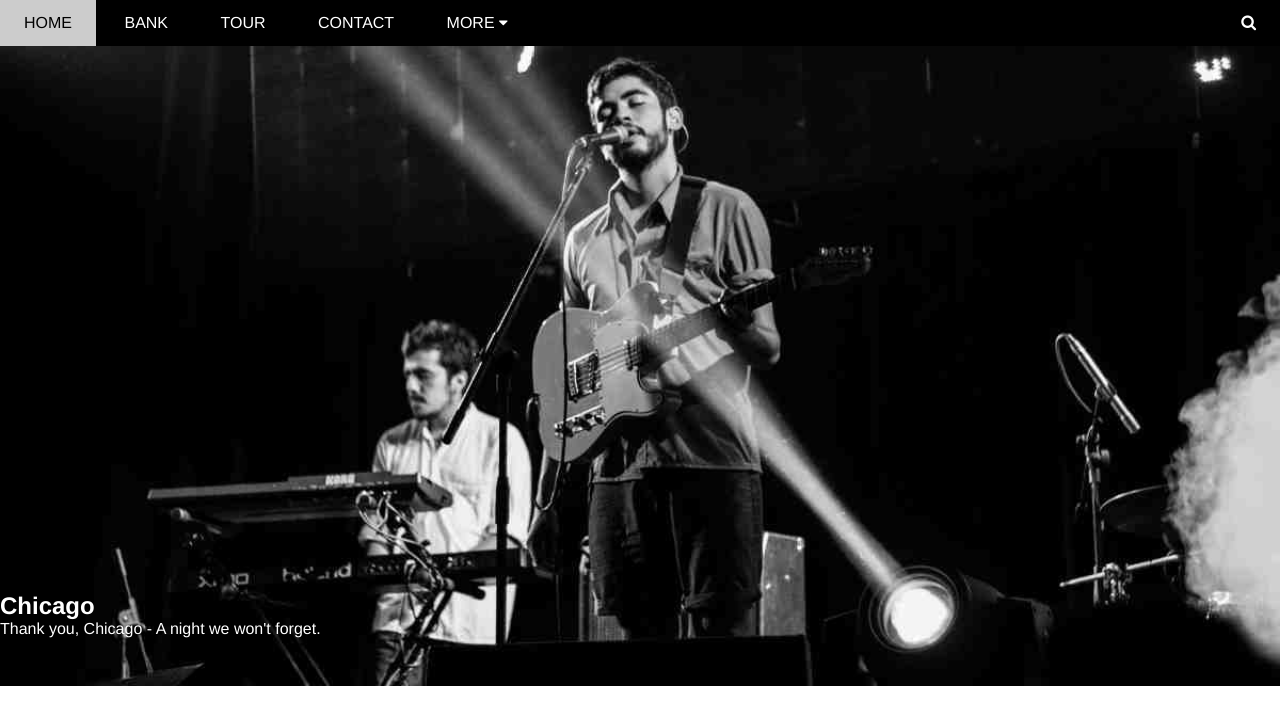
Repository: vuongtm1999/TheBand_W3School
Page: index.html
An editor plug-in stored every save of this project. The page is shown before and after the next save, followed by the edit.
The browser window is 1280 px wide. The pictures show the whole page.

Above is the page before, as saved 2022-08-25 10:50:44.

After the next save:
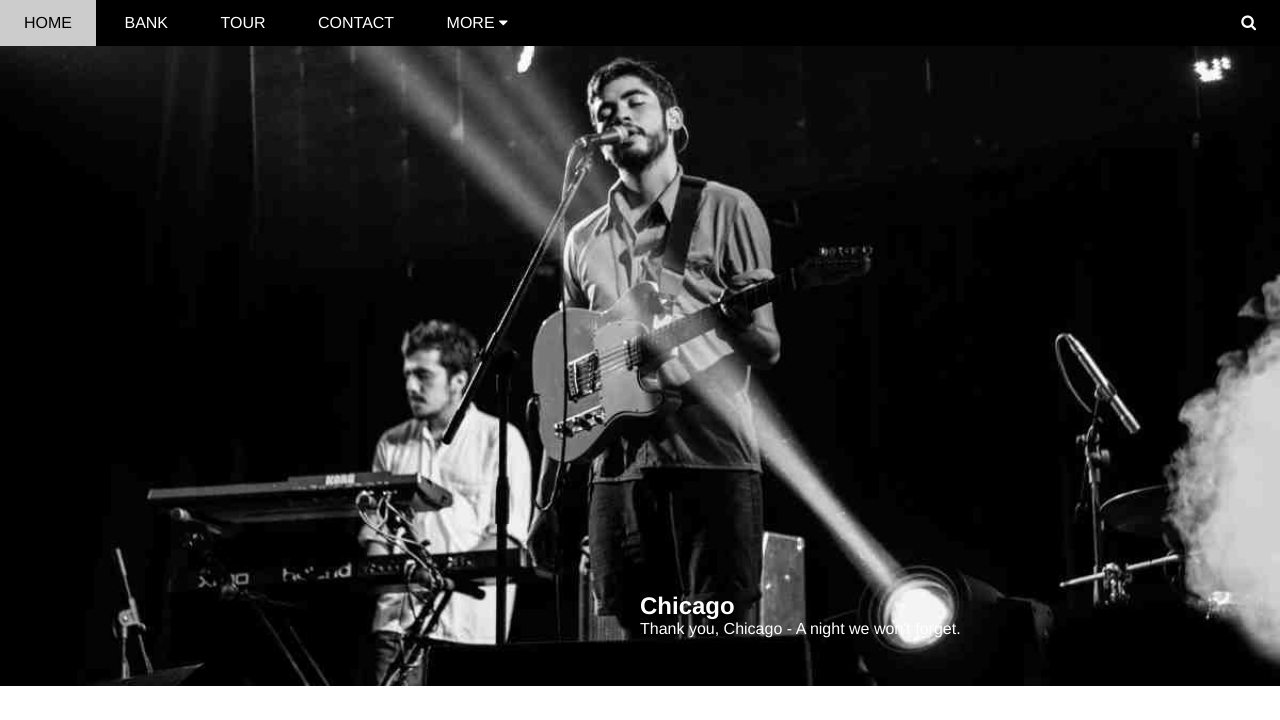
Saved 51 s later.
--- a/assets/css/style.css
+++ b/assets/css/style.css
@@ -121,6 +121,7 @@
     position: absolute;
     color: white;
     bottom: 48px;
+    left: 50%;
 }
 
 

After the save that followed:
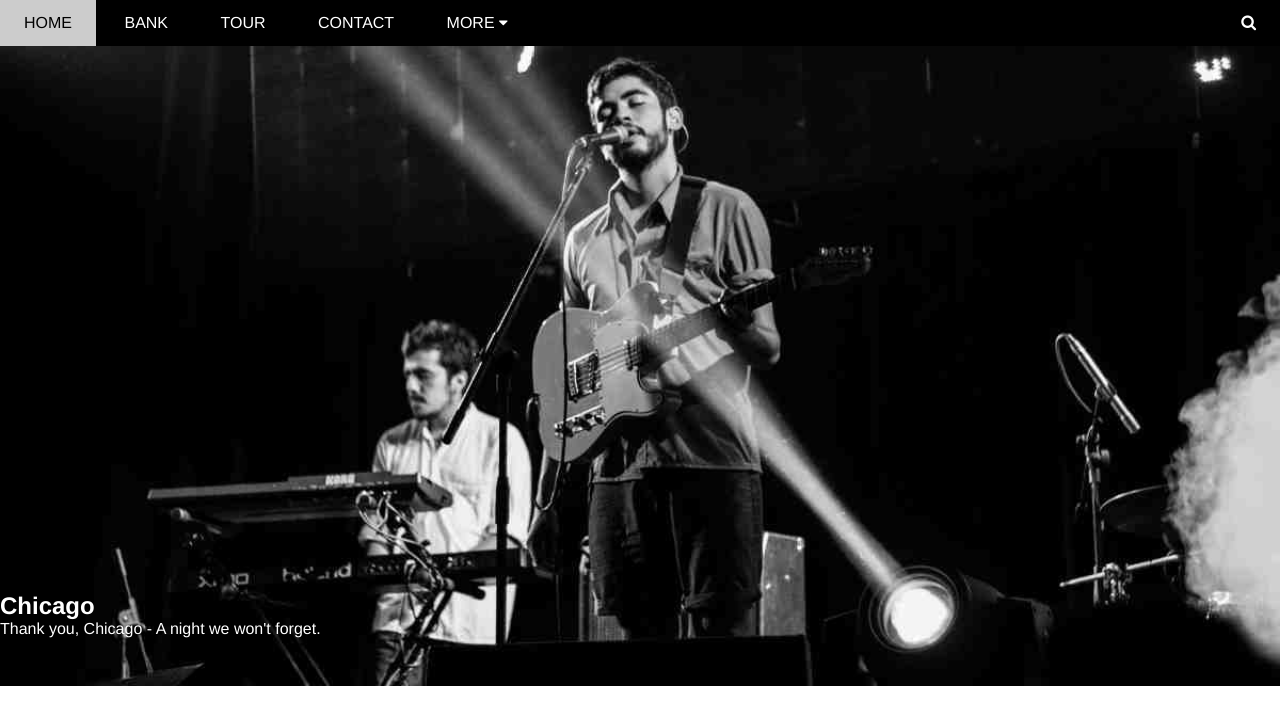
Saved 4 min 7 s later.
--- a/assets/css/style.css
+++ b/assets/css/style.css
@@ -121,7 +121,7 @@
     position: absolute;
     color: white;
     bottom: 48px;
-    left: 50%;
+    /* left: 50%; */
 }
 
 
